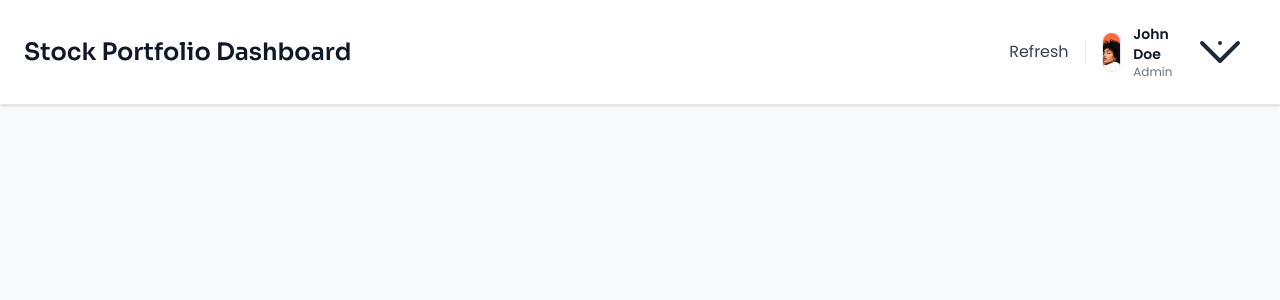
Repository: jabir12-12/inten-project
Page: /
These files come from the project's save history. The page is drawn as it stood at one moment and after the next save; the edit follows.
The browser window is 1280 px wide. The pictures show the whole page.
The project was rebuilt for these pictures with package versions that can differ from the ones it lists, and the page was loaded fresh each time. The framework's server and built-in components were replaced by stand-ins that run in the browser. Also part of the build but not shown: next.config.ts.

Above is the page before, as saved 2025-05-17 13:21:05.

After the next save:
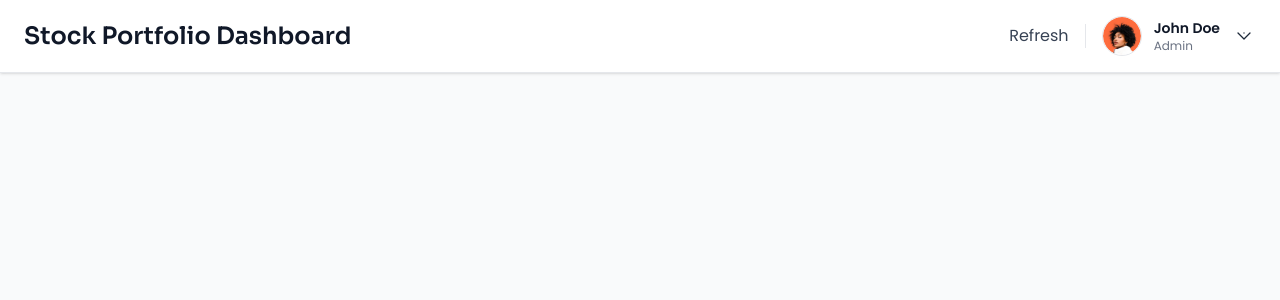
Saved 14 s later.
--- a/src/pages/index.tsx
+++ b/src/pages/index.tsx
@@ -33,7 +33,6 @@ export default function Home() {
             <Image
               src="/images/Frame (21).svg"
               alt="User profile"
-              className="h-full w-full object-cover"
               width={24}
               height={24}
             />
